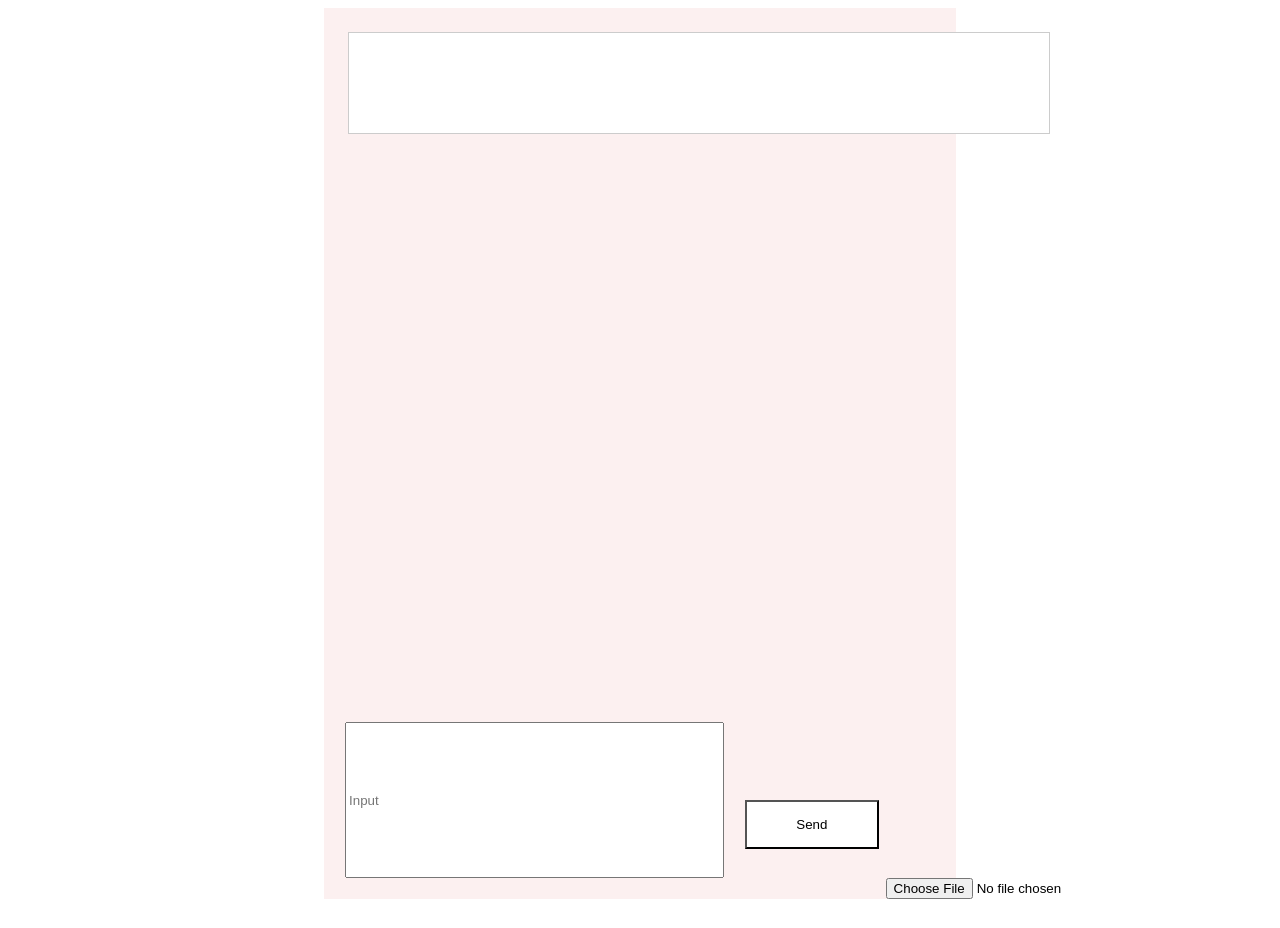
Repository: ddt2h/node-express-chat
Page: front/index.html
An editor plug-in stored every save of this project. The page is shown before and after the next save, followed by the edit.
The browser window is 1280 px wide. The pictures show the whole page.
The page's requests for data from a server got no answer.

Above is the page before, as saved 2024-07-08 16:00:38.

After the next save:
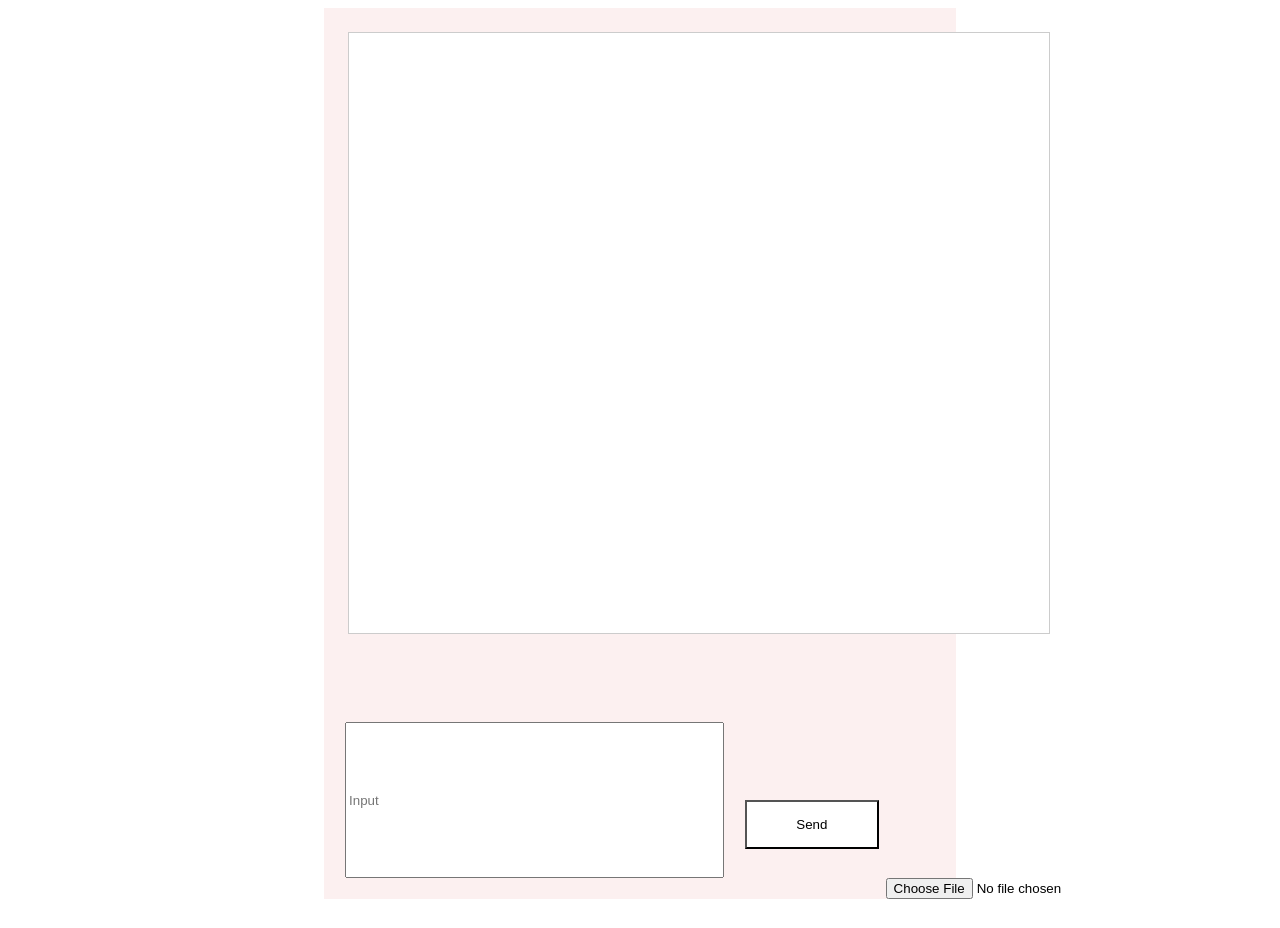
Saved 7 s later.
--- a/front/index.html
+++ b/front/index.html
@@ -48,7 +48,7 @@
             background-color: rgb(255, 255, 255);
             margin: 3%;
             width: 700px;
-            height: 100px;
+            height: 600px;
             overflow-y: auto;
             border: 1px solid #ccc;
         }
